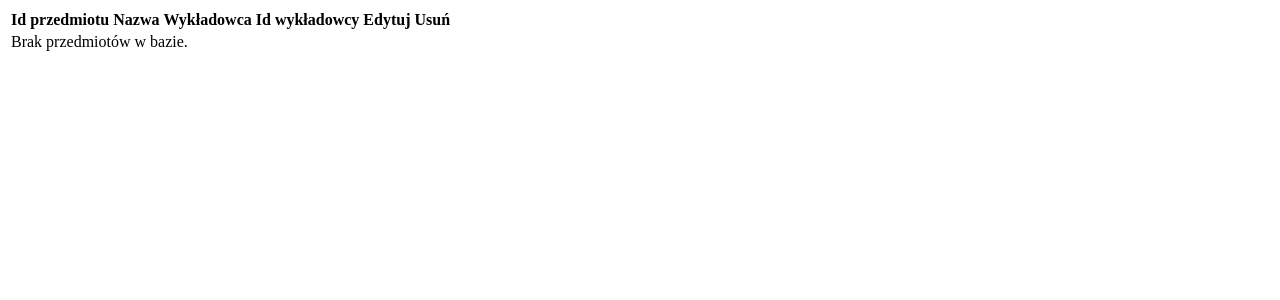
Repository: wojciechDrozd/php
Page: http://localhost/ajax/readClassesRecords.php
An editor plug-in stored every save of this project. The page is shown before and after the next save, followed by the edit.
The browser window is 1280 px wide. The pictures show the whole page.
The page is run by PHP 8.4 with error messages shown; the project is at /var/www/html/. Queries for data that is not in the repository find no rows.

Above is the page before, as saved 2017-04-14 15:59:24.

After the next save:
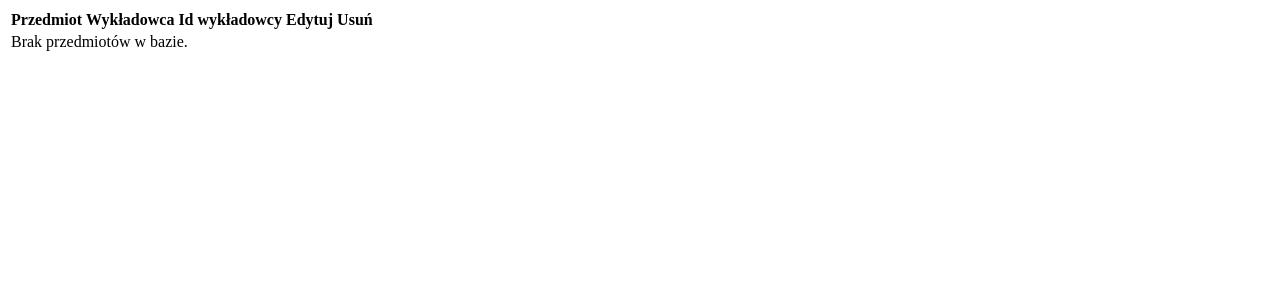
Saved 105 s later.
--- a/1/CRUDexample/ajax/readClassesRecords.php
+++ b/1/CRUDexample/ajax/readClassesRecords.php
@@ -6,8 +6,7 @@ require_once 'db_connection.php';
 // nagłówek tabeli przedmioty
 $data = '<table class="table table-bordered table-striped">
                         <tr>
-                            <th>Id przedmiotu</th>
-                            <th>Nazwa</th>
+                            <th>Przedmiot</th>
                             <th>Wykładowca</th>
                             <th>Id wykładowcy</th>
                             <th>Edytuj</th>
@@ -26,7 +25,6 @@ if(mysqli_num_rows($result) > 0)
 	while($row = mysqli_fetch_assoc($result))
 	{
 		$data .= '<tr>
-                <td>'.$row['idprzedmiot'].'</td>
                 <td>'.$row['nazwaPrzedmiotu'].'</td>
                 <td>'.$row['wykladowca'].'</td>
                 <td>'.$row['Profesores_idProfesores'].'</td>
